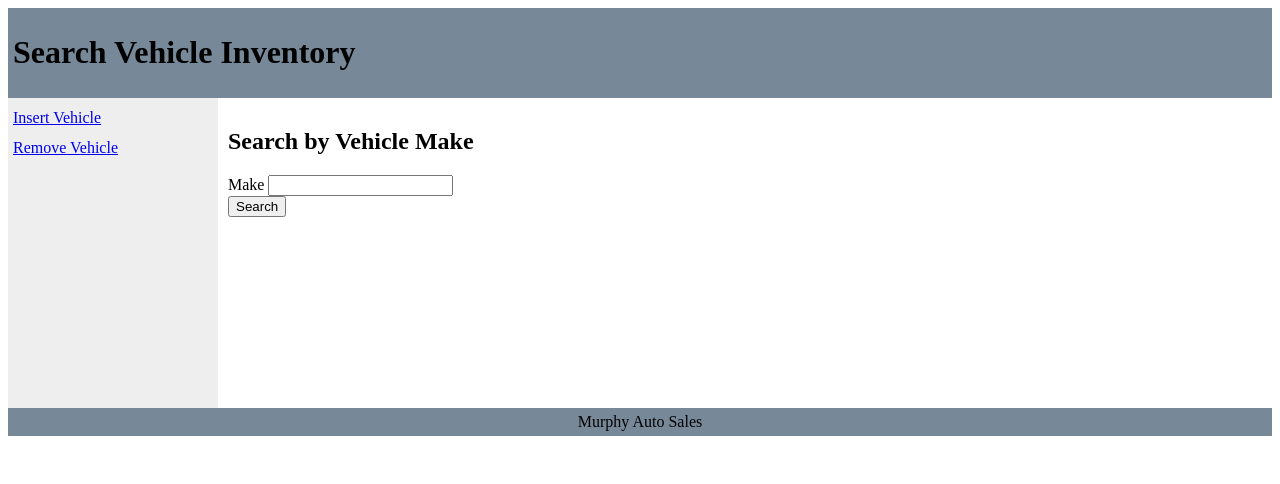
Repository: CamdenMurphy/workspace4830-intro-to-software-engineering
Page: techExercise/techExercise-Murphy/src/main/webapp/search_murphy.html
The author's editor kept a copy of each file at every save. The page is drawn from the files as they stood at one save, then again after the next save.
The browser window is 1280 px wide. The pictures show the whole page.

Above is the page before, as saved 2023-10-12 06:05:46.

After the next save:
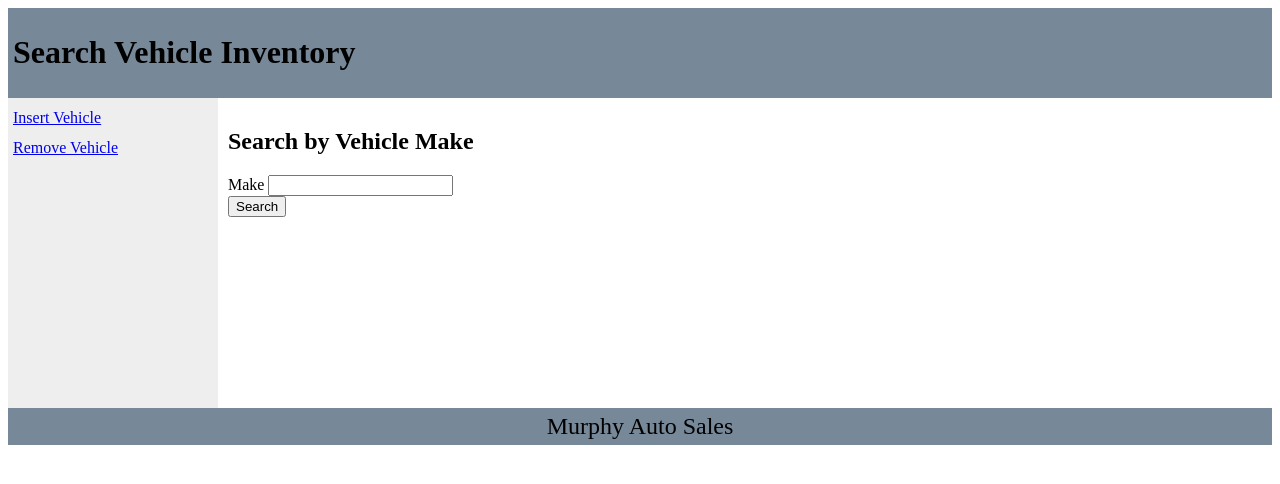
Saved 17 s later.
--- a/techExercise/techExercise-Murphy/src/main/webapp/search_murphy.html
+++ b/techExercise/techExercise-Murphy/src/main/webapp/search_murphy.html
@@ -20,7 +20,7 @@ section {
 }
 footer {
     background-color:lightslategray;
-
+    font-size: 1.5rem;
     color:black;
     clear:both;
     text-align:center;
